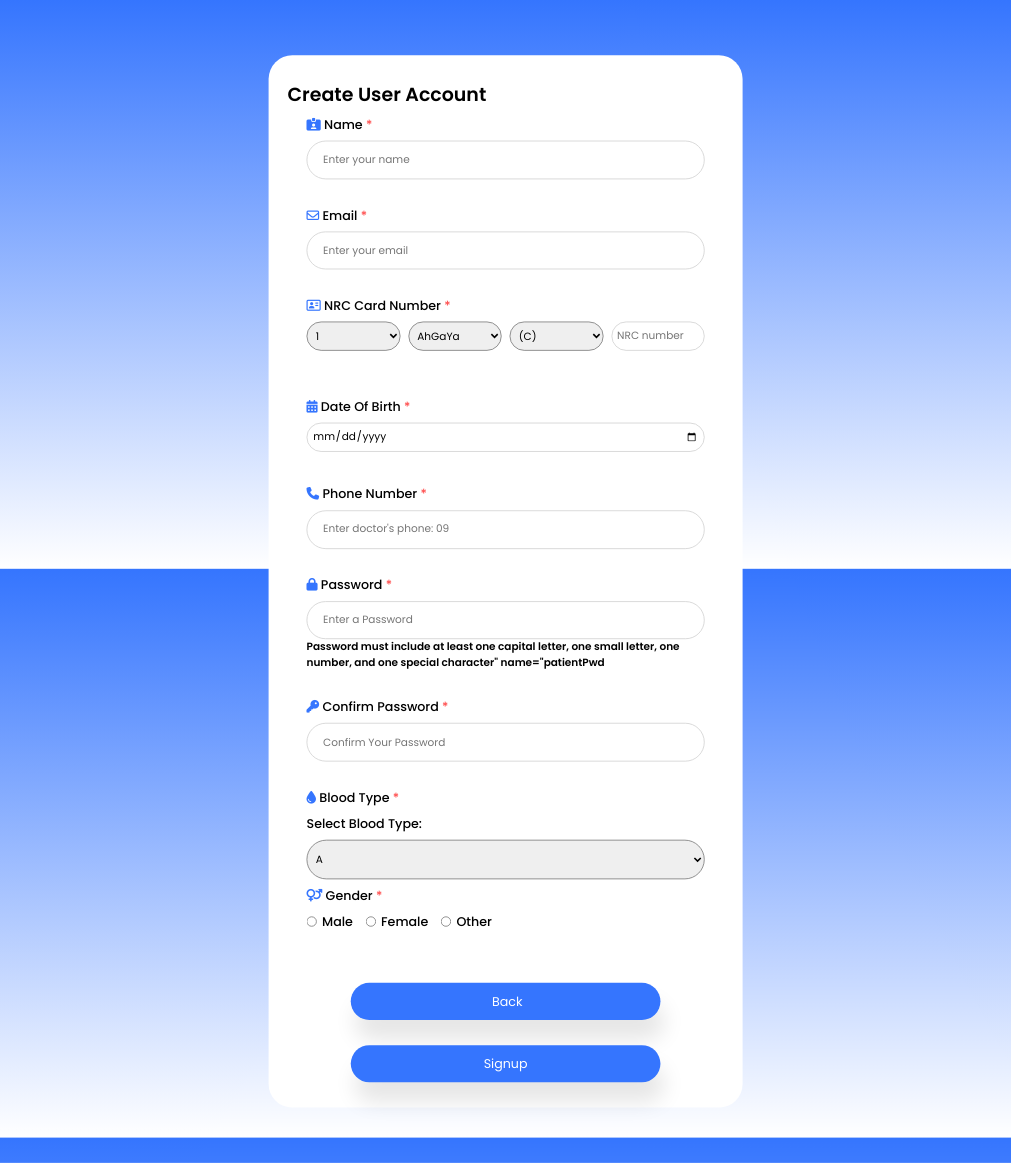
Repository: theonlymono/FitfinityHealthcareWebsiteJ2EE
Page: http://localhost/Fitfinity/register.jsp
These files come from the project's save history. The page is drawn as it stood at one moment and after a run of saves; the edit follows.
The browser window is 1280 px wide. The pictures show the whole page, at 79% of full size.
Backgrounds fixed to the window are drawn as part of the page. The page is served by Tomcat 9. Other server files are loaded and not shown.

Above is the page before, as saved 2024-02-26 07:16:00.

### fitfinity/Fitfinity/WebContent/register.jsp
<%@ page language="java" contentType="text/html; charset=UTF-8" pageEncoding="UTF-8"%>
<!DOCTYPE html>
<html>
<head>
<title>Form Validation</title>
<meta name="viewport" content="width=device-width, initial-scale=1" />
<link rel="icon" href="./image/logo.png">
<link rel="stylesheet" href="https://cdnjs.cloudflare.com/ajax/libs/font-awesome/6.5.1/css/all.min.css">
<!-- Google Fonts -->
<link
	href="https://fonts.googleapis.com/css2?family=Poppins:wght@400;500;600&display=swap"
	rel="stylesheet" />
<style>
* {
	padding: 0;
	margin: 0;
	box-sizing: border-box;
	font-family: "Poppins", sans-serif;
}

body {
	background: rgb(53,117,254);
	background: linear-gradient(180deg, rgba(53,117,254,1) 0%, rgba(53,117,254,1) 0%, rgba(255,255,255,1) 100%);    background-size: cover;
    background-position: center;
    background-attachment: fixed;
    background-repeat: no-repeat;
}

.container {
	width: 90vw;
	max-width: 600px;
	padding: 2em 1.5em;
	background-color: #ffffff;
	margin: 70px auto;
	border-radius: 30px;
}

h4 {
	font-size: 1.5em;
}

.button-container {
    /* display: flex; */
    justify-content: center;
    margin-top: 0.2em;
    padding: 0 5em;
  }


  .button-container button {

    padding: 0.7em 1.5em;
    border: none;
    color: #ffffff;
    cursor: pointer;
    box-shadow: 5px 25px 27px rgba(0, 0, 0, 0.1);
    text-align: center;
  }

  a{
  	text-align: center;
  	justify-content: center;
  }

  .button-container #back-button {
    background-color: #3575FE;
    border-radius: 30px;
    margin-right: 5.5em;
  }


  .button-container #signup-button {
    background-color: #3575FE;
    border-radius: 30px;
    margin-left: 5.5em;

  }

.input-section {
	margin: 0.5em 1.5em;
}

label, .error-message {
	display: block;
	font-size: 1em;
}

label {
	margin-bottom: 0.5em;
	font-weight: 500;
}

.error-message {
	margin-top: 0.2em;
}

input, button, select {
	display: block;
	outline: none;
	width: 100%;
	padding: 0.5em;
	border-radius: 30px;
}

select {
	padding: 1em 0.5em;
	border: 1.5px solid #dOdOdO;
}

input {
	padding: 1em 1.5em;
	border: 1.5px solid #d0d0d0;
}

input[type="radio"] {
	width: fit-content;
	margin-right: 0.5em;
}

button {
	font-size: 1em;
	background-color: #3575FE;
	border: none;
	color: #ffffff;
	padding: 0.8em 0;
	margin-top: 2em;
}

.required-color {
	color: #ff4747;
}

.error {
	border-color: #ff4747;
}

.valid {
	border-color: #37a137;
}

.hide {
	display: none;
}

@media only screen and (max-width: 450px) {
	.container {
		font-size: 14px;
	}
}

.error-message {
            color: red;
        }

.radio-group {
    display: flex;
    margin-top: 0.5em;
    align-items: center;
  }

  .radio-label {
    margin-right: 1em;
    display: flex;
    align-items: center;
  }

  .radio-label input {
    margin-right: 0.5em;
  }

.nrc-section {
    display: flex;
    flex-direction: column;
    gap: 10px;
}

.nrc-grid {
    display: grid;
    grid-template-columns: repeat(4, 1fr);
    gap: 10px;
}

.nrc-dropdown,
#patientNRC {
    width: 100%;
    padding: 0.5em;
    border-radius: 30px;
}

</style>
</head>
<body>
	<div class="container">
    <form action="${pageContext.request.contextPath}/SignUPServlet" method="post">
        <h4>Create User Account</h4>

<!-- Name -->
		<div class="input-section">
          <label>
            	<i class="fa-solid fa-id-card-clip" style="color: #3575fe;"></i> Name <span class="required-color">*</span>
          </label>
          <input type="text" placeholder="Enter your name" name="patientName" id="patientName" value="${param.patientName}" required/>

        <% String error1 = (String) request.getAttribute("message1");
			if(error1!=null)
			{
		%>

			<span class="error-message"> <%= error1 %>  </span> <br>
			<% } else { %>
		        <br>
		    <% } %>
		</div>

<!-- Email -->
		<div class="input-section">
          <label>
            	<i class="fa-regular fa-envelope" style="color: #3575fe;"></i> Email <span class="required-color">*</span>
          </label>
          <input type="text" placeholder="Enter your email" name="patientEmail" id="patientEmail" value="${param.patientEmail}" required/>
          <% String error2 = (String) request.getAttribute("message2");
			if(error2!=null)
			{
			%>

			<span class="error-message"> <%= error2 %>  </span> <br>
			<% } else { %>
		        <br>
		    <% } %>
        </div>

<!-- NRC -->
        <div class="input-section">
    <label>
        <i class="fa-regular fa-address-card" style="color: #3575fe;"></i> NRC Card Number <span class="required-color">*</span>
    </label>
    <div class="nrc-grid">

	  <select id="firstSelect" name="state" onchange="updateSecondSelect()" class="nrc-dropdown">
	    <option value="1">1</option>
	    <option value="2">2</option>
	    <option value="3">3</option>
	    <option value="4">4</option>
	    <option value="5">5</option>
	    <option value="6">6</option>
	    <option value="7">7</option>
	    <option value="8">8</option>
	    <option value="9">9</option>
	    <option value="10">10</option>
	    <option value="11">11</option>
	    <option value="12">12</option>
	    <option value="13">13</option>
	    <option value="14">14</option>
	  </select>


	  <select id="secondSelect" name="city" class="nrc-dropdown">

	    <!-- Options will be dynamically added here -->
	  </select>

	  <select id="thirdSelect" name="citizen" class="nrc-dropdown">
	    <option value="(C)">(C)</option>
	    <option value="(A)">(A)</option>
	    <option value="(N)">(N)</option>
	  </select>

	  <input type="text" placeholder="NRC number" name="number" id="patientNRC" value="${param.patientNRC}" required/>
	  </div>

	  <script src="./NRC.js"></script>
	  <br>
	  <% String error3 = (String) request.getAttribute("message3");
			if(error3!=null)
			{
			%>

			<span class="error-message"> <%= error3 %>  </span> <br>
			<% } else { %>
		        <br>
		    <% } %>
</div>


<!-- Date Of Birth -->
        <div class="input-section">
            <label>
            	<i class="fa-solid fa-calendar-days" style="color: #3575fe;"></i> Date Of Birth <span class="required-color">*</span>
            </label>
            <div style="position: relative;">
            <input type="date" min="1943-1-1" max="2008-12-31" name="patientDOB" id="patientDOB" style="padding: 0.5em; border-radius: 30px; width: 100%; border: 1.5px solid #d0d0d0;"  value="${param.patientDOB}">
        	</div>
        </div>
        <br>

<!-- Phone -->
        <div class="input-section">
            <label>
            	<i class="fa-solid fa-phone" style="color: #3575fe;"></i> Phone Number <span class="required-color">*</span>
            </label>
            <input type="text" name="patientTel" id="pstientTel" value="${param.patientTel}"  placeholder="Enter doctor's phone: 09">

            <% String error5 = (String) request.getAttribute("message4");
				if(error5!=null)
				{
			%>

			<span class="error-message"> <%= error5 %>  </span> <br>
			<% } else { %>
		        <br>
		    <% } %>
        </div>

<!-- Password -->
		<div class="input-section">
          <label>
            	<i class="fa-solid fa-lock" style="color: #3575fe;"></i> Password <span class="required-color">*</span>
          </label>
          <input type="password"  placeholder="Enter a Password" id="patientPwd" name="patientPwd" value="${param.patientPwd}" required/>
          <h5> Password must include at least one capital letter, one small letter, one number, and one special character" name="patientPwd </h5>

         <% String error6 = (String) request.getAttribute("message5");
			if(error6!=null)
			{
		 %>

		<span class="error-message"> <%= error6 %>  </span> <br>
			<% } else { %>
		        <br>
		    <% } %>
         </div>

<!-- Confirm Password -->
		<div class="input-section">
          <label>
            	<i class="fa-solid fa-key" style="color: #3575fe;"></i> Confirm Password <span class="required-color">*</span>
          </label>
          <input type="text" placeholder="Confirm Your Password" name="confPwd" id="confPwd" value="${param.confPwd}" required/>

          <% String error7 = (String) request.getAttribute("message6");
			if(error7!=null)
			{
		  %>

		  <span class="error-message"> <%= error7 %>  </span> <br>
		  <% } else { %>
	         <br>
	  	  <% } %>
       </div>


<!-- BloodType -->
        <div class="input-section">
          <label>
            	<i class="fa-solid fa-droplet" style="color: #3575fe;"></i> Blood Type <span class="required-color">*</span>
          </label>
          <label for="bloodType">Select Blood Type:</label>
		    <select id="bloodType" name="bloodType">
		        <option value="A" ${param.bloodType == 'A' ? 'selected' : ''}>A</option>
			    <option value="B" ${param.bloodType == 'B' ? 'selected' : ''}>B</option>
			    <option value="AB" ${param.bloodType == 'AB' ? 'selected' : ''}>AB</option>
			    <option value="O" ${param.bloodType == 'O' ? 'selected' : ''}>O</option>
		    </select>

        </div>

<!-- Gender -->

			<div class="input-section">
				<label> <i class="fa-solid fa-venus-mars"
					style="color: #3575fe;"></i> Gender <span class="required-color" >*</span>
				</label>
				<div class="radio-group">
					<label class="radio-label">
						<input type="radio" name="gender" value="Male" ${param.gender == 'Male' ? 'checked' : ''} required > Male
					</label>
					<label class="radio-label">
						<input type="radio" name="gender" value="Female"  ${param.gender == 'Male' ? 'checked' : ''} required> Female
					</label>
					<label class="radio-label">
						<input type="radio" name="gender" value="Other"  ${param.gender == 'Male' ? 'checked' : ''} required> Other
					</label>
				</div>
				<% String error9 = (String) request.getAttribute("message7");
				   if (error9 != null) {
				%>
				<span class="error-message"> <%=error9%> </span> <br>
				<% } else { %> <br>
				<% } %>
			</div>

      <div class="button-container">
        <button id="back-button">
        	<a style="padding-left: 45%; padding-right: 45%; padding-top: 2%; padding-bottom: 2%; text-decoration: none; color: #ffffff;" href=""> Back </a>
        </button>
        <button id="submit-button" class="btn btn-primary" data-bs-toggle="modal" data-bs-target="#exampleModal"> Signup </button>
       </div>
    </form>



    <c:if test="${not empty message}">
		    <h3 style='color:green'>${message}</h3>
		    <c:remove var="message"/>
	</c:if>
</div>
</body>
</html>

Loaded but not shown: fitfinity/Fitfinity/WebContent/NRC.js (524 lines, source omitted)

After the next 2 saves:
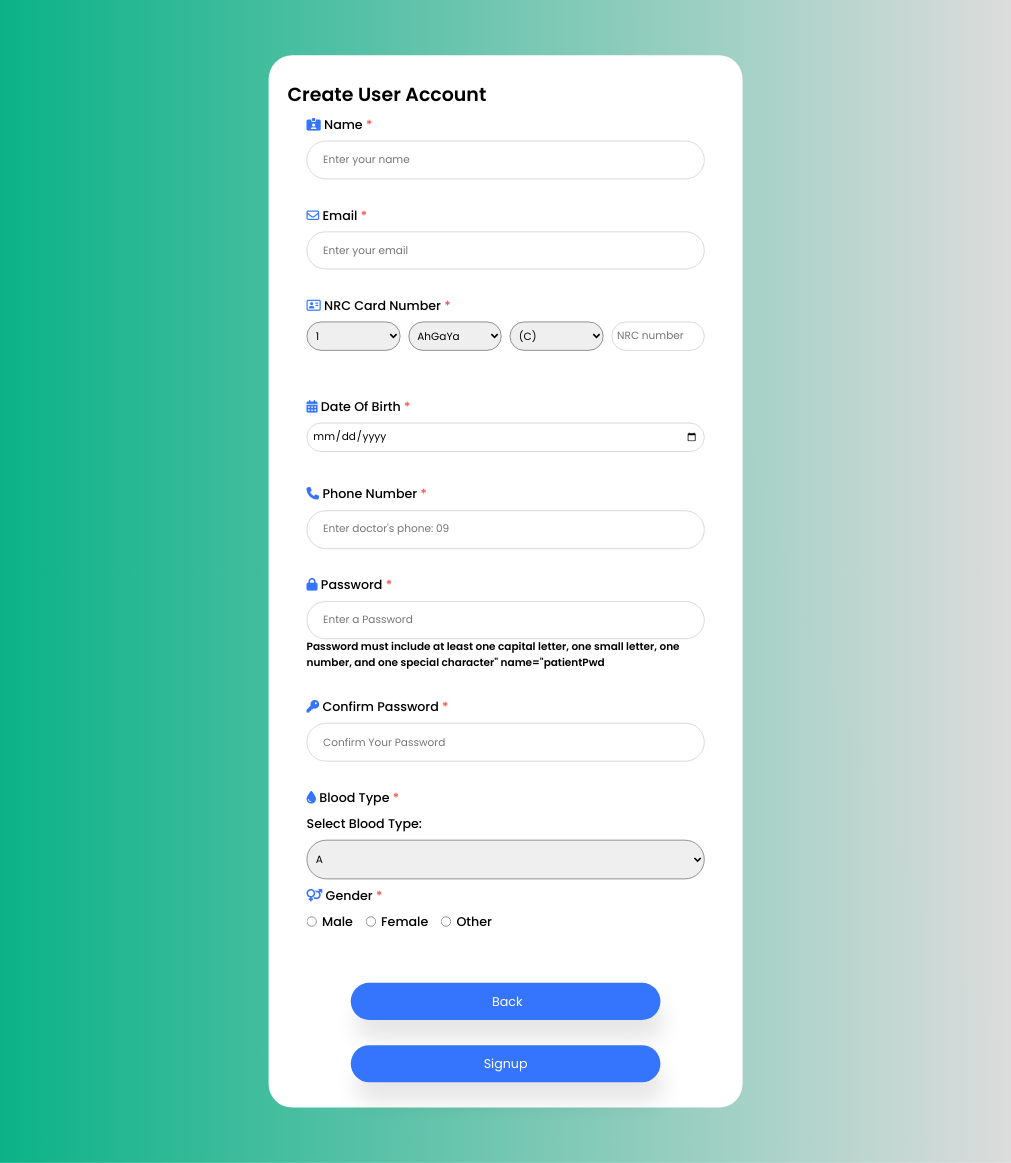
The 2 saves are shown as one change because they came seconds apart.
The last was saved 83 s later.
--- a/fitfinity/Fitfinity/WebContent/register.jsp
+++ b/fitfinity/Fitfinity/WebContent/register.jsp
@@ -20,7 +20,8 @@
 
 body {
 	background: rgb(53,117,254);
-	background: linear-gradient(180deg, rgba(53,117,254,1) 0%, rgba(53,117,254,1) 0%, rgba(255,255,255,1) 100%);    background-size: cover;
+	background: linear-gradient(to right, #0bb288, #dcdcdc);
+	background-size: cover;
     background-position: center;
     background-attachment: fixed;
     background-repeat: no-repeat;

After the save that followed:
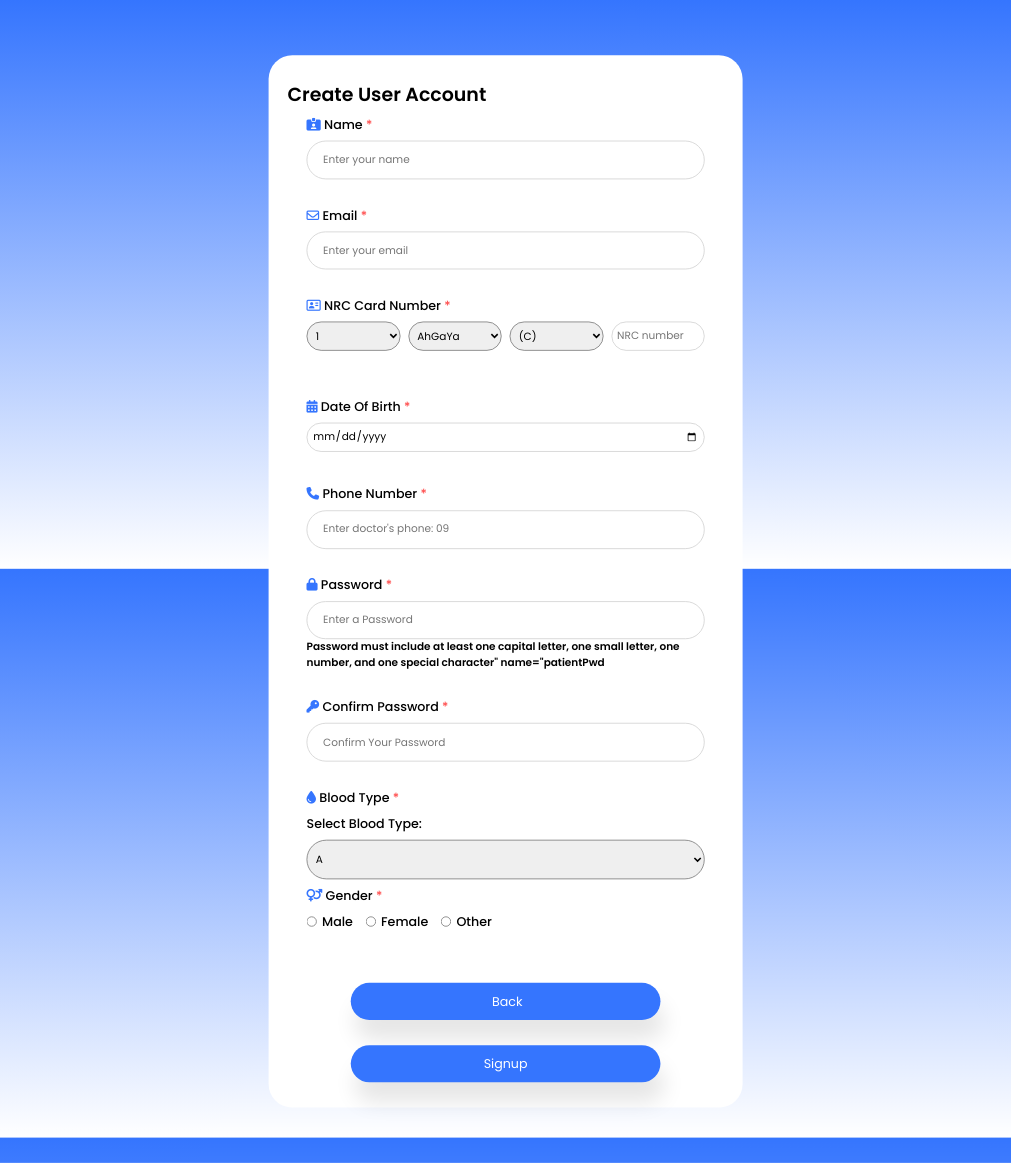
Saved 16 s later.
--- a/fitfinity/Fitfinity/WebContent/register.jsp
+++ b/fitfinity/Fitfinity/WebContent/register.jsp
@@ -20,8 +20,7 @@
 
 body {
 	background: rgb(53,117,254);
-	background: linear-gradient(to right, #0bb288, #dcdcdc);
-	background-size: cover;
+	background: linear-gradient(180deg, rgba(53,117,254,1) 0%, rgba(53,117,254,1) 0%, rgba(255,255,255,1) 100%);    background-size: cover;
     background-position: center;
     background-attachment: fixed;
     background-repeat: no-repeat;
